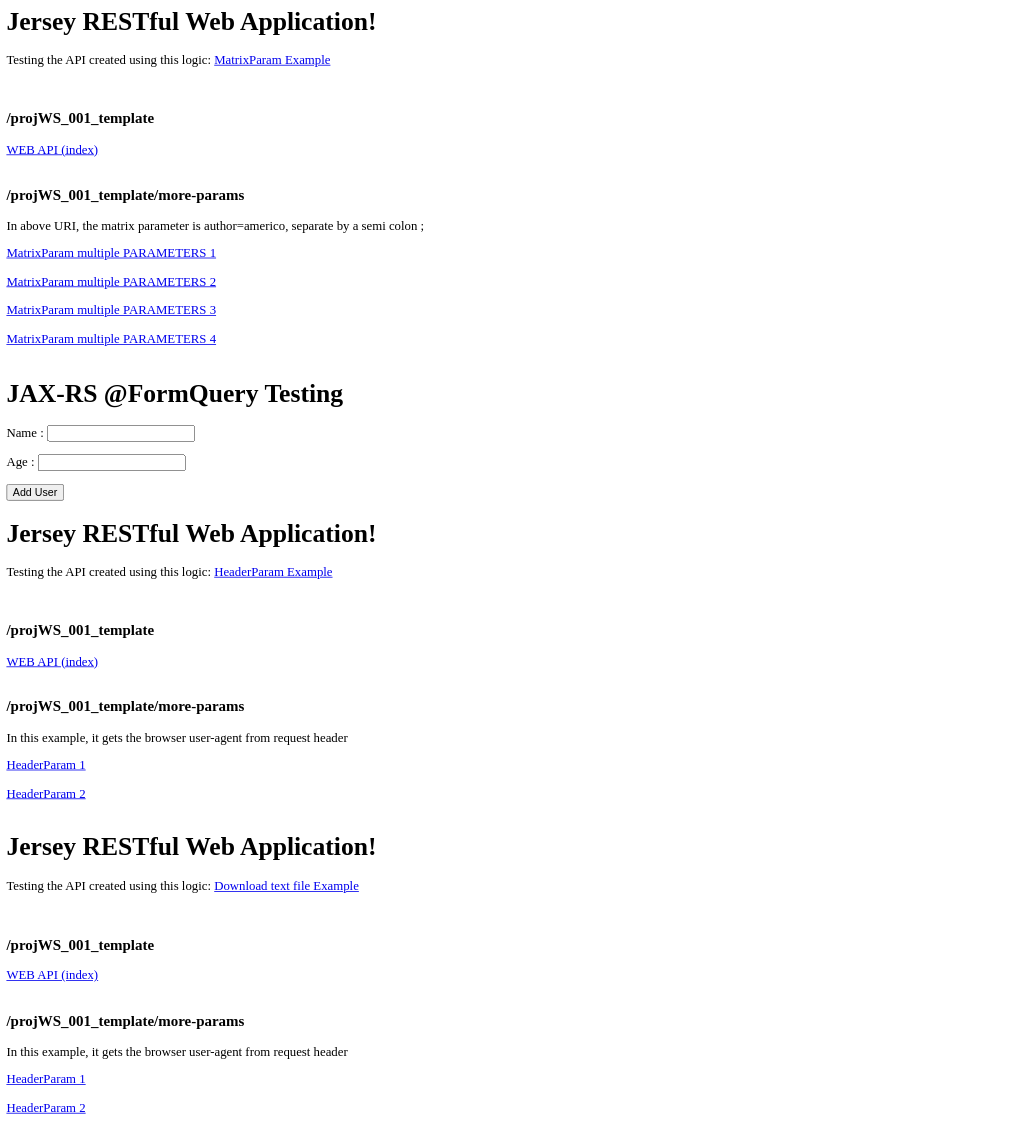
Repository: atafs/BackEnd_JAX-RS_REST_2continue
Page: http://localhost/projWS_001_template/
These files come from the project's save history. The page is drawn as it stood at one moment and after the next save; the edit follows.
The browser window is 1280 px wide. The pictures show the whole page, at 80% of full size.
The page is served by Tomcat 9. Other server files are loaded and not shown.

Above is the page before, as saved 2016-05-02 16:58:42.

### projWS_001_template/src/main/webapp/index.jsp
<html>
<body>
	<!-- JAX-RS @MatrixParam example ######################################## -->
    <!-- TITLE -->
	<h1>Jersey RESTful Web Application!</h1>

	<!-- TXT -->
	<p>Testing the API created using this logic:
		<a href="http://www.mkyong.com/webservices/jax-rs/jax-rs-matrixparam-example/">MatrixParam Example</a>
	</p><br/>

	<!-- LINKS -->
	<h3>/projWS_001_template</h3>
	<a href="http://localhost:8085/projWS_001_template/">WEB API (index)</a><br/><br/>

	<h3>/projWS_001_template/more-params</h3>
	<p>In above URI, the matrix parameter is author=americo, separate by a semi colon ;</p>
	<a href="http://localhost:8085/projWS_001_template/americolib/ws/2011/">MatrixParam multiple PARAMETERS 1</a><br/><br/>
	<a href="http://localhost:8085/projWS_001_template/americolib/ws/2011;author=americo">MatrixParam multiple PARAMETERS 2</a><br/><br/>
	<a href="http://localhost:8085/projWS_001_template/americolib/ws/2011;author=tomas;country=portugal">MatrixParam multiple PARAMETERS 3</a><br/><br/>
	<a href="http://localhost:8085/projWS_001_template/americolib/ws/2011;country=malaysia;author=ana">MatrixParam multiple PARAMETERS 4</a><br/><br/>

    <!-- JAX-RS @FormParam example ######################################## -->
    <!-- FORM: binding between html and java classes -->
    <h1>JAX-RS @FormQuery Testing</h1>

	<form action="americolib/ws/add" method="post">
		<p>
			Name : <input type="text" name="name" />
		</p>
		<p>
			Age : <input type="text" name="age" />
		</p>
		<input type="submit" value="Add User" />
	</form>

    <!-- Get HTTP header in JAX-RS ######################################## -->
    <!-- TITLE -->
	<h1>Jersey RESTful Web Application!</h1>

	<!-- TXT -->
	<p>Testing the API created using this logic:
		<a href="http://www.mkyong.com/webservices/jax-rs/get-http-header-in-jax-rs/">HeaderParam  Example</a>
	</p><br/>

	<!-- LINKS -->
	<h3>/projWS_001_template</h3>
	<a href="http://localhost:8085/projWS_001_template/">WEB API (index)</a><br/><br/>

	<h3>/projWS_001_template/more-params</h3>
	<p>In this example, it gets the browser user-agent from request header</p>
	<a href="http://localhost:8085/projWS_001_template/americolib/ws/get1/">HeaderParam 1</a><br/><br/>
	<a href="http://localhost:8085/projWS_001_template/americolib/ws/get2/">HeaderParam 2</a><br/><br/>

  	<!-- Download text file from JAX-RS ######################################## -->
    <!-- TITLE -->
	<h1>Jersey RESTful Web Application!</h1>

	<!-- TXT -->
	<p>Testing the API created using this logic:
		<a href="http://www.mkyong.com/webservices/jax-rs/download-text-file-from-jax-rs/">Download text file Example</a>
	</p><br/>

	<!-- LINKS -->
	<h3>/projWS_001_template</h3>
	<a href="http://localhost:8085/projWS_001_template/">WEB API (index)</a><br/><br/>

	<h3>/projWS_001_template/more-params</h3>
	<p>In this example, it gets the browser user-agent from request header</p>
	<a href="http://localhost:8085/projWS_001_template/americolib/ws/get1/">HeaderParam 1</a><br/><br/>
	<a href="http://localhost:8085/projWS_001_template/americolib/ws/get2/">HeaderParam 2</a><br/><br/>



</body>
</html>

After the next save:
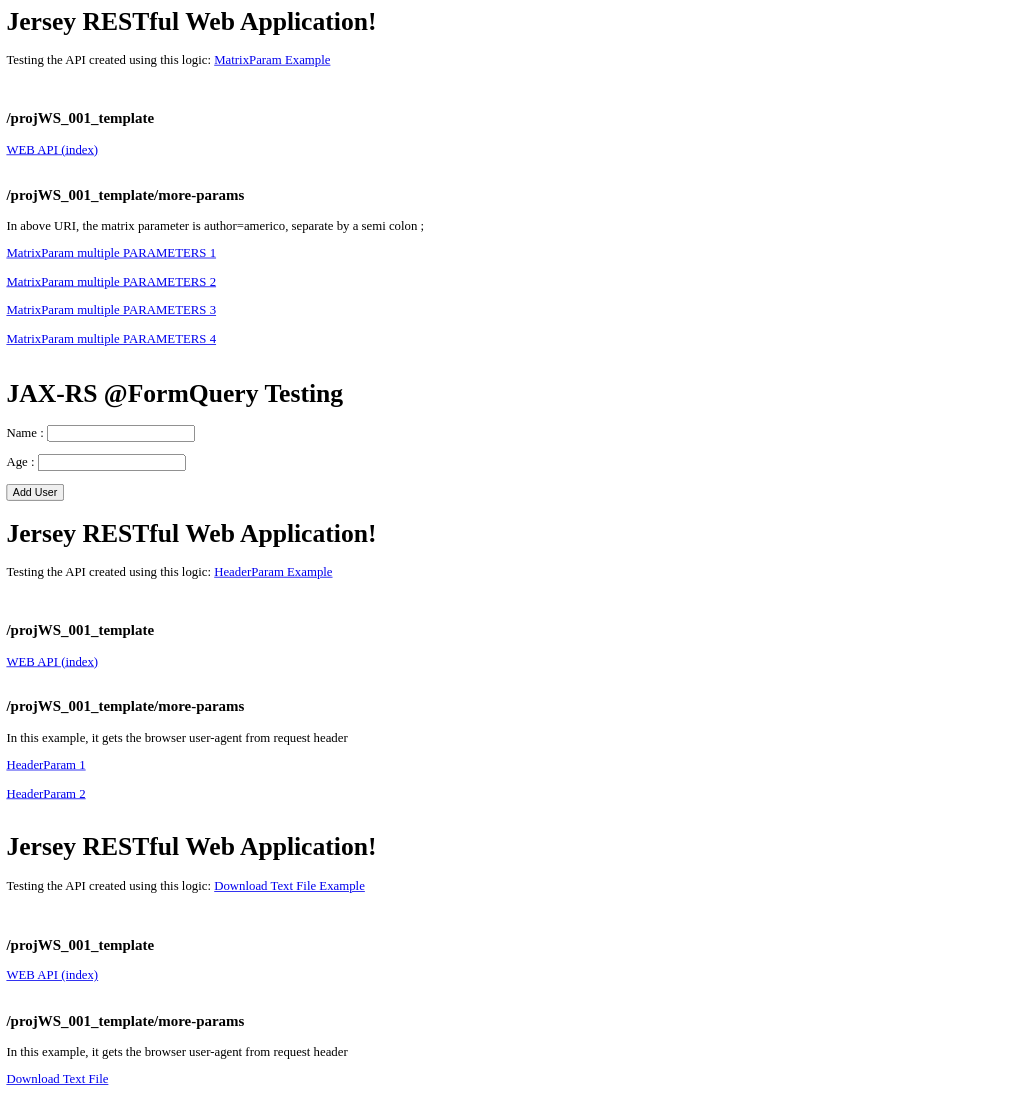
Saved 43 s later.
--- a/projWS_001_template/src/main/webapp/index.jsp
+++ b/projWS_001_template/src/main/webapp/index.jsp
@@ -58,7 +58,7 @@
 
 	<!-- TXT -->
 	<p>Testing the API created using this logic:
-		<a href="http://www.mkyong.com/webservices/jax-rs/download-text-file-from-jax-rs/">Download text file Example</a>
+		<a href="http://www.mkyong.com/webservices/jax-rs/download-text-file-from-jax-rs/">Download Text File Example</a>
 	</p><br/>
 
 	<!-- LINKS -->
@@ -67,8 +67,7 @@
 
 	<h3>/projWS_001_template/more-params</h3>
 	<p>In this example, it gets the browser user-agent from request header</p>
-	<a href="http://localhost:8085/projWS_001_template/americolib/ws/get1/">HeaderParam 1</a><br/><br/>
-	<a href="http://localhost:8085/projWS_001_template/americolib/ws/get2/">HeaderParam 2</a><br/><br/>
+	<a href="http://localhost:8085/projWS_001_template/americolib/ws/file/get">Download Text File</a><br/><br/>
 
 
 
